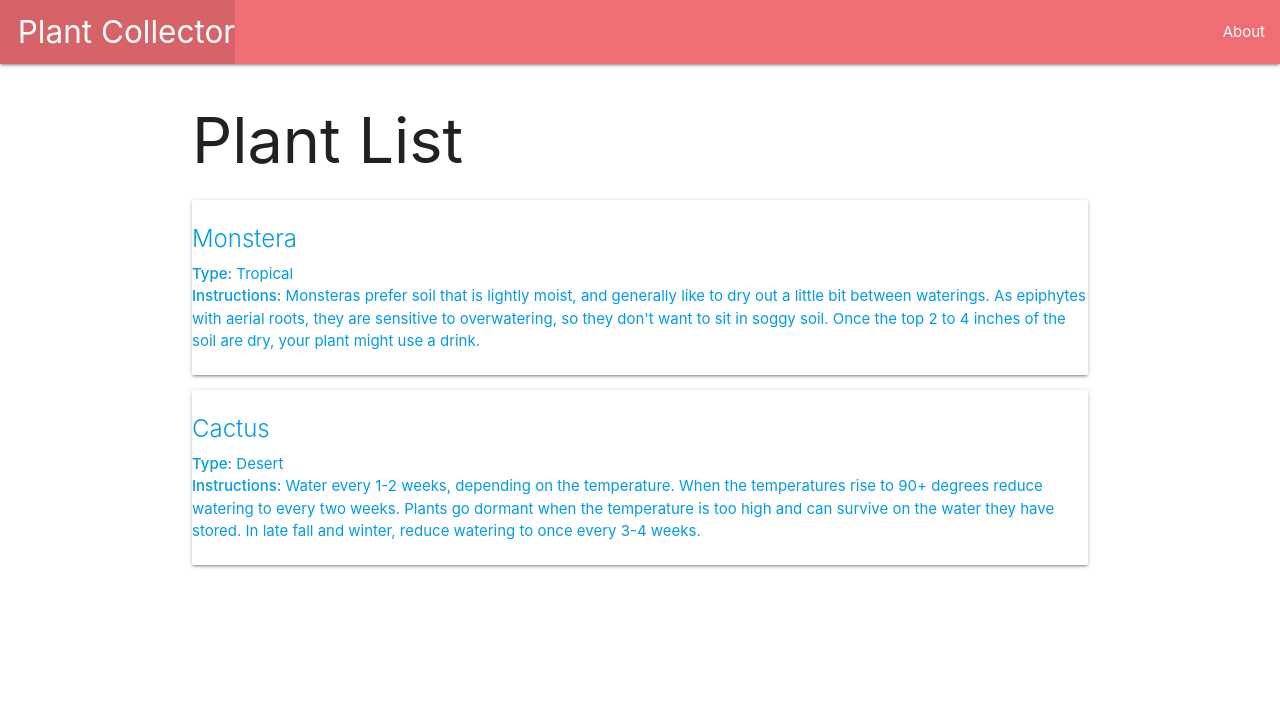
Repository: thecoachanna/plant-collector
Page: http://localhost/plants/
The author's editor kept a copy of each file at every save. The page is drawn from the files as they stood at one save, then again after a run of saves.
The browser window is 1280 px wide. The pictures show the whole page.
The page is served by the project's application, run on Django 4.2 (manage.py). Other server files are loaded and not shown. The page reads the database file committed with the project.

Above is the page before, as saved 2023-03-11 15:35:25.

### main_app/templates/plants/index.html
{% extends 'base.html' %}
{% block content %}

<h1>Plant List</h1>

{% for plant in plants %}
  <div class="card">
    <a href='/plants/{{ plant.id }}'
    <div class="card-content">
      <span class="card-title">{{ plant.name }}</span>
      <p><strong>Type:</strong> {{ plant.type }}</p>
      <p><strong>Instructions:</strong> {{plant.instructions}}</p>
    </div>
  </div>
{% endfor %}

{% endblock %}

### main_app/templates/base.html
{% load static %}
<!DOCTYPE html>
<html lang="en">
<head>
    <meta charset="UTF-8">
    <meta http-equiv="X-UA-Compatible" content="IE=edge">
    <meta name="viewport" content="width=device-width, initial-scale=1.0">
    <title>Plant Collector</title>
    <link rel="stylesheet" href="https://cdnjs.cloudflare.com/ajax/libs/materialize/1.0.0/css/materialize.min.css">
    <script src="https://cdnjs.cloudflare.com/ajax/libs/materialize/1.0.0/js/materialize.min.js"></script>
    <link rel="stylesheet" type="text/css" href="{% static 'css/style.css' %}">
</head>
<body>
    <header class="navbar-fixed">
        <nav>
            <div class="nav-wrapper">
                <ul>
                    <li><a href="/" class="left brand-logo">&nbsp;&nbsp;Plant Collector</a></li>
                </ul>
                <ul class="right">
                    <li><a href="{% url 'about' %}">About</a></li>
                    {% comment %} <li><a href="{% url 'plants_create' %}">Add a Plant</a></li>
                    <li><a href="{% url 'index' %}">View All My Plants</a></li> {% endcomment %}
                </ul>
            </div>
        </nav>
    </header>
    <main class="container">
        {% block content %}
        {% endblock %}
    </main>
    <footer class="page-footer">
        <div class="right">All rights reserved, &copy; 2023 Plant Collector &nbsp;</div>
    </footer>
</body>
</html>

### main_app/models.py
from django.db import models

# Create your models here.
class Plant(models.Model):
    name = models.CharField(max_length=100, default='')
    type = models.CharField(max_length=100, default='')
    instructions = models.TextField(max_length=400, default='')

    # dunder str method return plant name
    def __str__(self):
        return self.name

### main_app/views.py
from django.shortcuts import render
from .models import Plant

# Create your views here.
# View functions match URLs to code like Controllers in Express
# define home view function
def home(request):
    return render(request, 'home.html')

# define about view function
def about(request):
    return render(request, 'about.html')

# index route for plants
def plants_index(request):
    # pass data to our templates through view functions - gather relations from SQL using model methods
    plants = Plant.objects.all()
    return render(request, 'plants/index.html', {'plants': plants})

# Detail route for plants
# plant_id is defined, expecting an integer in our url
def plants_detail(request, plant_id):
    plant = Plant.objects.get(id=plant_id)

    return render(request, 'plants/detail.html', { 'plant': plant })

### plantcollector/urls.py
"""plantcollector URL Configuration

The `urlpatterns` list routes URLs to views. For more information please see:
    https://docs.djangoproject.com/en/4.1/topics/http/urls/
Examples:
Function views
    1. Add an import:  from my_app import views
    2. Add a URL to urlpatterns:  path('', views.home, name='home')
Class-based views
    1. Add an import:  from other_app.views import Home
    2. Add a URL to urlpatterns:  path('', Home.as_view(), name='home')
Including another URLconf
    1. Import the include() function: from django.urls import include, path
    2. Add a URL to urlpatterns:  path('blog/', include('blog.urls'))
"""
from django.contrib import admin
from django.urls import path, include

urlpatterns = [
    path('admin/', admin.site.urls),
    # '' represents the "starts with" path
    path('', include('main_app.urls')),
]

### main_app/urls.py
from django.urls import path
from . import views

urlpatterns = [
    # using an empty string makes this the root route
    # views.home refers to a view that renders a file
    # the name='home' kwarg gives the route a name
    # naming routes is optional but best practice
    path('', views.home, name='home'),
    path('about/', views.about, name='about'),
    # path for plants
    path('plants/', views.plants_index, name='index'),
    path('plants/<int:plant_id>/', views.plants_detail, name='detail'),
]

### db.sqlite3 (the tables this page reads, as SQL)
CREATE TABLE "main_app_plant" ("id" integer NOT NULL PRIMARY KEY AUTOINCREMENT, "instructions" text NOT NULL, "name" varchar(100) NOT NULL, "type" varchar(100) NOT NULL);
INSERT INTO "main_app_plant" VALUES
(1, 'Monsteras prefer soil that is lightly moist, and generally like to dry out a little bit between waterings. As epiphytes with aerial roots, they are sensitive to overwatering, so they don''t want to sit in soggy soil. Once the top 2 to 4 inches of the soil are dry, your plant might use a drink.', 'Monstera', 'Tropical'),
(2, 'Water every 1-2 weeks, depending on the temperature. When the temperatures rise to 90+ degrees reduce watering to every two weeks. Plants go dormant when the temperature is too high and can survive on the water they have stored. In late fall and winter, reduce watering to once every 3-4 weeks.', 'Cactus', 'Desert');

Loaded but not shown: main_app/static/css/style.css (common file)

After the next 3 saves:
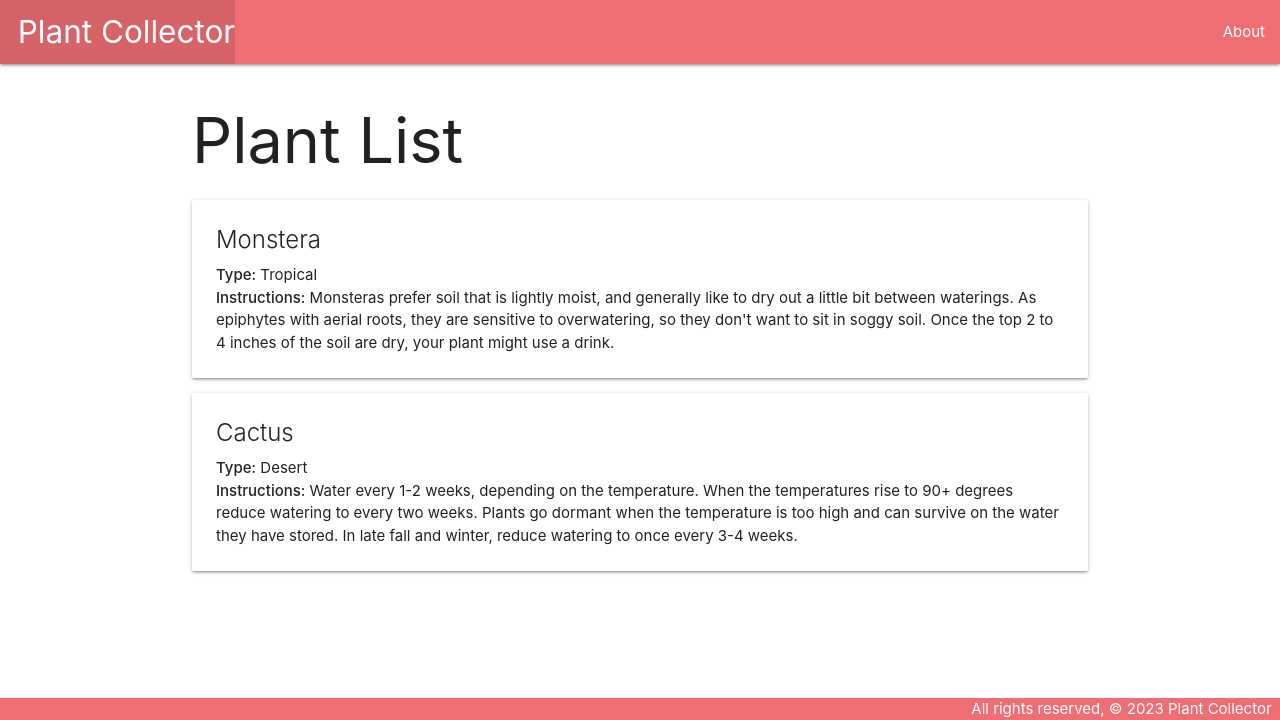
The 3 saves are shown as one change because they came seconds apart.
The last was saved 11 s later.
--- a/main_app/templates/plants/index.html
+++ b/main_app/templates/plants/index.html
@@ -5,7 +5,7 @@
 
 {% for plant in plants %}
   <div class="card">
-    <a href='/plants/{{ plant.id }}'
+    <a href='/plants/{{ plant.id }}'></a>
     <div class="card-content">
       <span class="card-title">{{ plant.name }}</span>
       <p><strong>Type:</strong> {{ plant.type }}</p>
